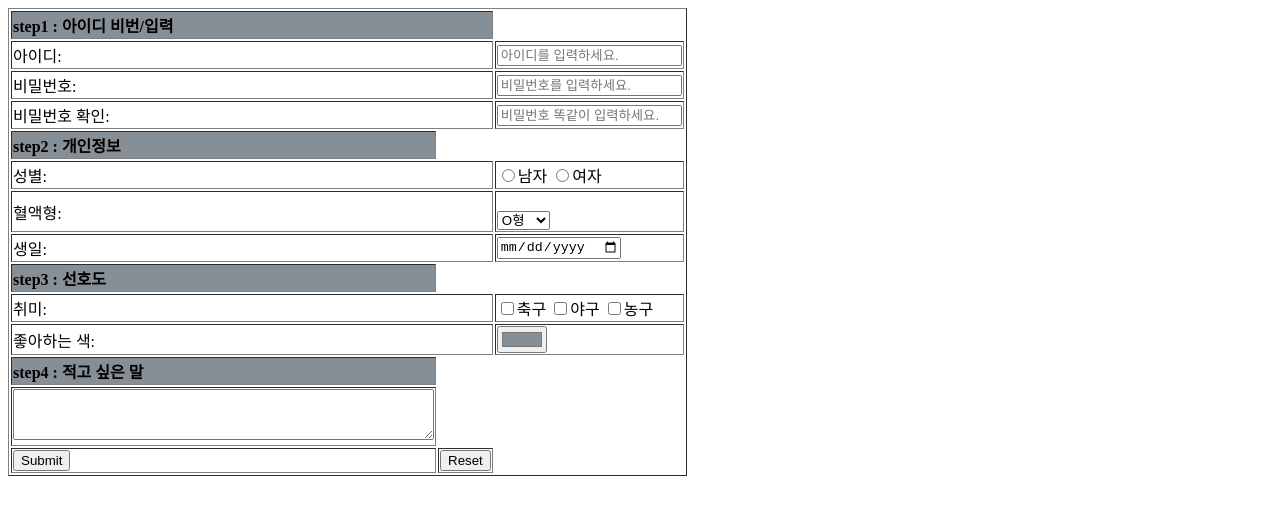
Repository: pillz9408/Jsp-Servlet
Page: jspstudy/day02/src/main/webapp/Lab2Join.html
The author's editor kept a copy of each file at every save. The page is drawn from the files as they stood at one save, then again after the next save.
The browser window is 1280 px wide. The pictures show the whole page.

Above is the page before, as saved 2022-10-05 06:27:39.

After the next save:
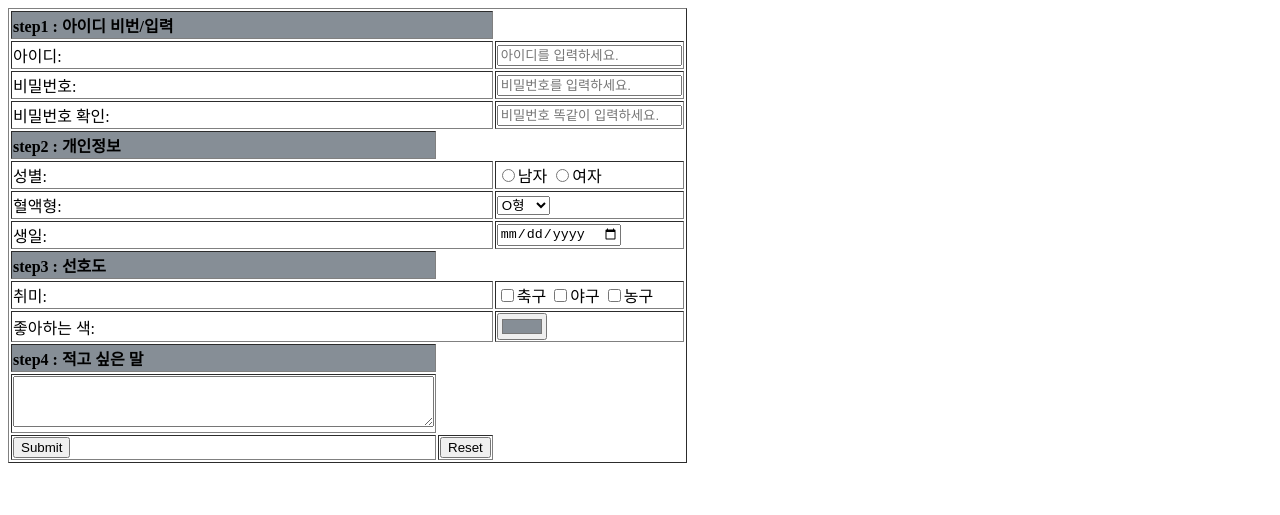
Saved 11 s later.
--- a/jspstudy/day02/src/main/webapp/Lab2Join.html
+++ b/jspstudy/day02/src/main/webapp/Lab2Join.html
@@ -27,7 +27,7 @@
 	<input type="radio"name="gender" value="여자">여자</td>
 	</tr>
 	<tr>
-	<td colspan="2">혈액형:</td><td><br><select name='btype'>
+	<td colspan="2">혈액형:</td><td><select name='btype'>
 		<option value="o">O형
 		<option value="A">A형
 		<option value="B">B형
